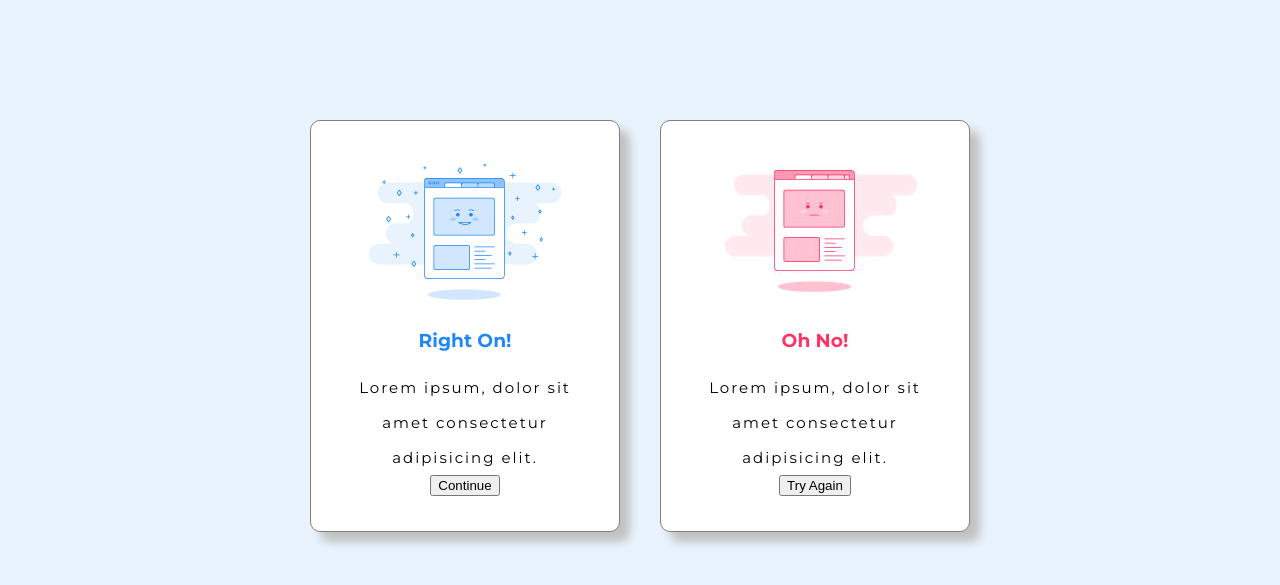
Repository: giahuy405/flash_message_BEM
Page: index.html
An editor plug-in stored every save of this project. The page is shown before and after the next save, followed by the edit.
The browser window is 1280 px wide. The pictures show the whole page.

Above is the page before, as saved 2022-09-06 02:37:59.

### index.html
<!DOCTYPE html>
<html lang="en">
<head>
    <meta charset="UTF-8">
    <meta http-equiv="X-UA-Compatible" content="IE=edge">
    <meta name="viewport" content="width=device-width, initial-scale=1.0">
    <title>Document</title>
    <link href="https://fonts.googleapis.com/css2?family=Montserrat:wght@300;400;500;700&display=swap" rel="stylesheet">
    <link rel="stylesheet" href="css/index.css">
</head>
<body>
        <!--
        code về phần flash message và áp dụng BEM Block Element Modifier
        Ví dụ :
        Laptop là Block ( 1 khối lớn )

        Thì các Element ( thành phần ) sẽ là : keyboard, mouse, screen, touch-pad
        Block Element : Laptop__keyboard, Laptop__mouse....

        Modifer ( biến thể khác ) sẽ là : loại của chúng như to, nhỏ, hãng,...
        Block Modifier : Laptop--big, Laptop--small,
        Block Element Modifier : Laptop__keyboard--apple , Laptop__touch-pad--smooth,...
    -->
        <!-- Block: flash message
        Element: img, title, desc (description), button
        Modifier: primary, secondary

        Block 1 & block 2
        flash-message
        flash-message__img, flash-message__title, flash-message__desc, flash-message__button

        Block 1: flash-message__title--primary -->


        <div class="container">
            <div class="flash-message__padding">
                <div class="flash-message">
                    <div class="flash-message__img">
                        <img src="./ui_ux_blue.jpg" alt="">
                    </div>
                    <div class="flash-message__title flash-message__title--blue">
                        <h3>Right On!</h3>
                    </div>
                    <div class="flash-message__desc">
                        Lorem ipsum, dolor sit amet consectetur adipisicing elit.
                    </div>
                    <button class="flash-message__button">Continue</button>
                </div>
            </div>
            <div class="flash-message__padding">

                    <div class="flash-message">
                        <div class="flash-message__img">
                            <img src="./ui_ux_pink.jpg" alt="">
                        </div>
                        <div class="flash-message__title flash-message__title--pink">
                            <h3>Oh No!</h3>
                        </div>
                        <div class="flash-message__desc">
                            Lorem ipsum, dolor sit amet consectetur adipisicing elit.
                        </div>
                        <button class="flash-message__button">Try Again</button>
                    </div>

            </div>
             <div class="clear"></div>
        </div>

</body>
</html>

### css/index.css
*{
    box-sizing: border-box;
}
body{
    padding: 0;
    margin: 0;
    background-color: #e8f3fe;
    font-family: 'Montserrat', sans-serif;
}
.clear{
    clear: both;
}
.container{
    width: 700px;
    height: auto;
    margin:auto;
    margin-top: 100px;
}
 .flash-message__padding{
    float: left;
    width: 50%;
    padding: 20px;
}
.flash-message{
    border: 1px solid gray;
    background-color: white;
    border-radius: 10px;
    padding: 35px 30px;
    box-shadow: 10px 10px 10px rgb(193, 193, 193);
    text-align: center;
}
.flash-message__title--blue{
    color: #1e87f9;
}
.flash-message__title--pink{
    color: #ff3366;
}
.flash-message__desc{
    font-size: 15px;
    line-height: 35px;
    letter-spacing: 2px;
}

After the next save:
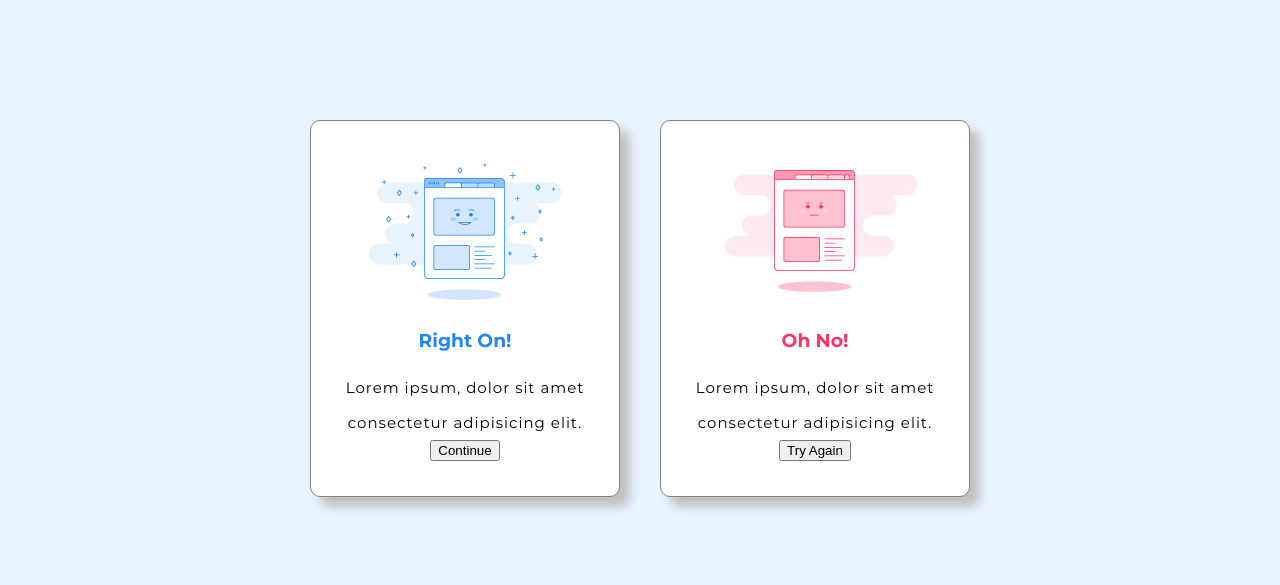
Saved 4 s later.
--- a/css/index.css
+++ b/css/index.css
@@ -38,5 +38,5 @@ body{
 .flash-message__desc{
     font-size: 15px;
     line-height: 35px;
-    letter-spacing: 2px;
+    letter-spacing: 1px;
 }
